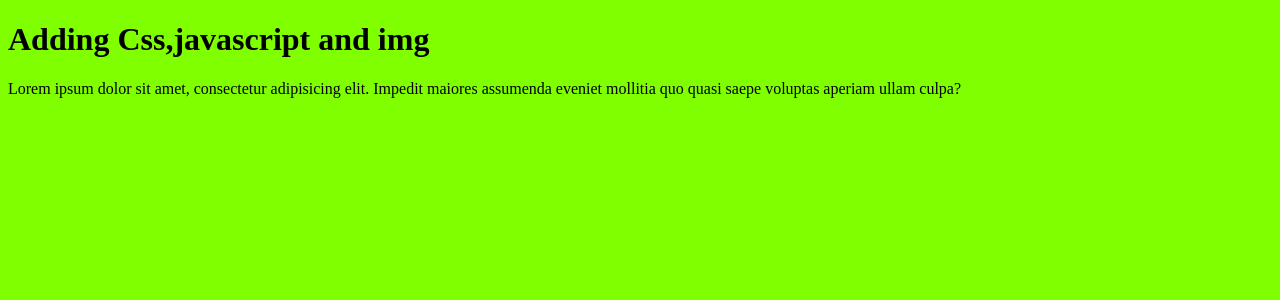
Repository: DeepakKumarSingh27/SprinfgBootYouTProject
Page: http://localhost/example
An editor plug-in stored every save of this project. The page is shown before and after the next save, followed by the edit.
The browser window is 1280 px wide. The pictures show the whole page.
The page is this project's Thymeleaf template; nobody is signed in. The template is opened directly, without the code that normally fills it, so the values that code supplies are empty.

Above is the page before, as saved 2023-09-28 07:55:37.

After the next save:
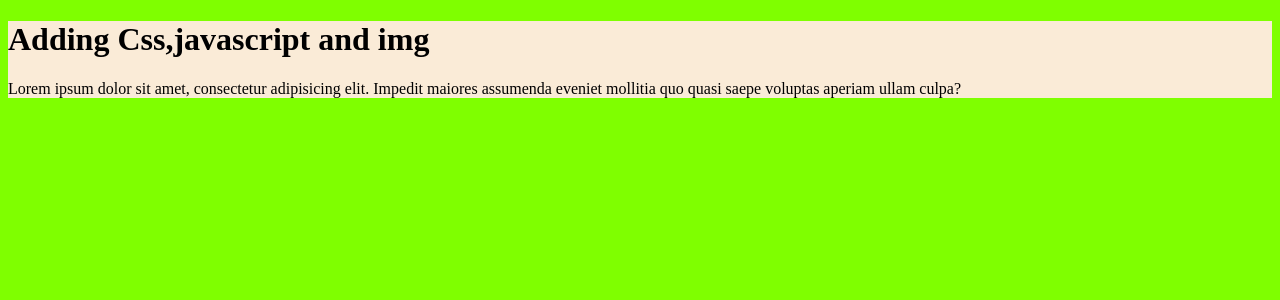
Saved 22 s later.
--- a/thtmeleafpractical/src/main/resources/static/css/mystyle.css
+++ b/thtmeleafpractical/src/main/resources/static/css/mystyle.css
@@ -1,3 +1,6 @@
 body{
 	background-color: chartreuse;
 }
+.container{
+	background: antiquewhite;
+}
